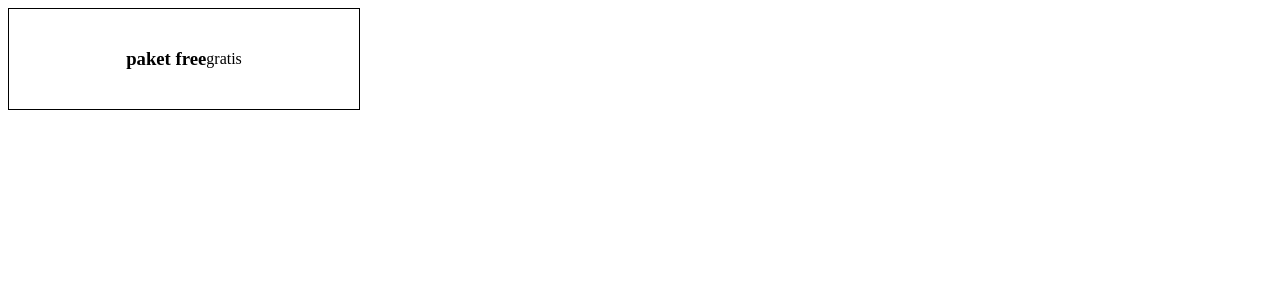
Repository: AHSANS354/tugas-sib5
Page: tugas css/index.html
An editor plug-in stored every save of this project. The page is shown before and after the next save, followed by the edit.
The browser window is 1280 px wide. The pictures show the whole page.

Above is the page before, as saved 2023-08-29 12:14:08.

### tugas css/index.html
<!DOCTYPE html>
<html lang="en">
  <head>
    <meta charset="UTF-8" />
    <meta name="viewport" content="width=device-width, initial-scale=1.0" />
    <title>Tugas css eksternal</title>
    <link rel="stylesheet" href="style.css" />
  </head>
  <body>
    <div class="container">
      <div class="row">
        <div class="col">
          <div class="header">
            <h3>paket free</h3>
            <p>gratis</p>
          </div>
        </div>
      </div>
    </div>
  </body>
</html>

### tugas css/style.css
.header {
  border: 1px solid #000;
  width: 350px;
  height: 100px;
  display: flex;
  justify-content: center;
  align-items: center;
}

After the next save:
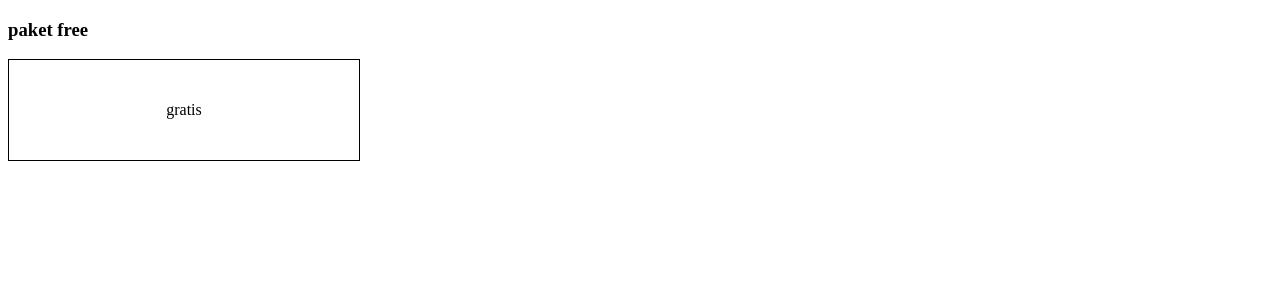
Saved 12 s later.
--- a/tugas css/index.html
+++ b/tugas css/index.html
@@ -10,8 +10,8 @@
     <div class="container">
       <div class="row">
         <div class="col">
+          <h3>paket free</h3>
           <div class="header">
-            <h3>paket free</h3>
             <p>gratis</p>
           </div>
         </div>

After the save that followed:
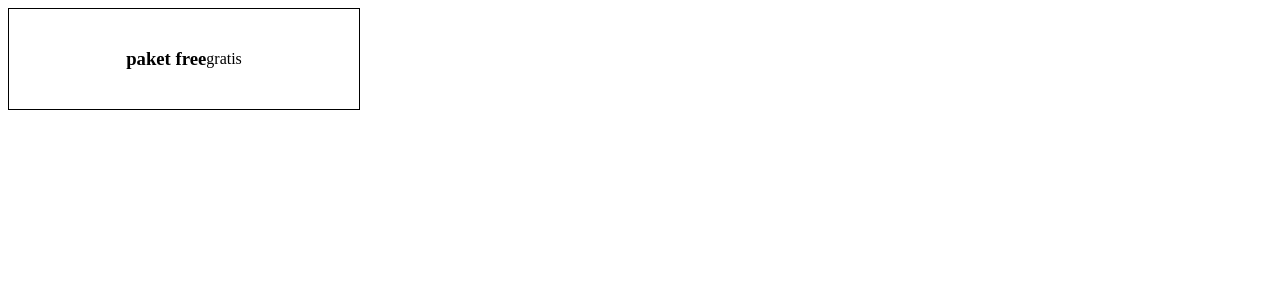
Saved 23 s later.
--- a/tugas css/index.html
+++ b/tugas css/index.html
@@ -10,8 +10,8 @@
     <div class="container">
       <div class="row">
         <div class="col">
-          <h3>paket free</h3>
           <div class="header">
+            <h3>paket free</h3>
             <p>gratis</p>
           </div>
         </div>
